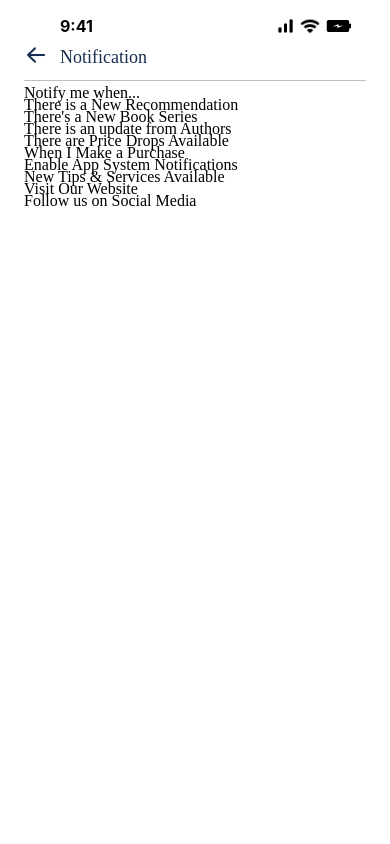
Repository: tnmod/Erabook
Screen: / (app in app/)
The author's editor kept a copy of each file at every save. The screen is drawn from the files as they stood at one save, then again after the next save.
The app was drawn by React Native's web renderer in a window 390 px wide. The project was rebuilt for these pictures with package versions that can differ from the ones it lists, and the page was loaded fresh each time. Imported but missing from the stored project, and not drawn on this page: app/src/redux/features/CounterAPI.

Above is the screen before, as saved 2023-05-25 15:12:10.

### app/App.tsx


import React, { useState, Dispatch } from 'react';
import type { PropsWithChildren } from 'react';
import {
  Image,
  SafeAreaView,
  ScrollView,
  StatusBar,
  StyleSheet,
  Text,
  useColorScheme,
  View,
} from 'react-native';

import {
  Colors,
  DebugInstructions,
  Header,
  LearnMoreLinks,
  ReloadInstructions,
} from 'react-native/Libraries/NewAppScreen';
import MainNagivator from './src/Navigator/MainNavigator';
import { NavigationContainer } from '@react-navigation/native';
import { store } from './src/redux/app/store';
import { Provider } from 'react-redux';
import EbookItem from './src/components/Item/EbookItem';
import DetailScreen from './src/screens/detailScreen/DetailScreen';
import Notification from './src/screens/Notification/Notification';





type SectionProps = PropsWithChildren<{
  title: string;
}>;
type Model = {
  name: String;
  age: Number;
}


const StatusBarIOS = () => {
  return (
    <View style={{ width: "100%", height: 42, paddingTop: 10, justifyContent: 'space-between', flexDirection: 'row', backgroundColor: 'white' }}>
      <View style={{ height: "100%", flex: 1, marginHorizontal: 20, justifyContent: 'center', alignItems: 'center', flexDirection: 'row' }}>
        <Text style={{ fontWeight: 'bold', fontSize: 16, color: 'black' }}>9:41</Text>
      </View>
      <View style={{ flex: 3 / 4 }}></View>
      <View style={{ height: "100%", flex: 1, marginHorizontal: 20, justifyContent: 'center', alignItems: 'center', flexDirection: 'row' }}>
        <Image style={{ width: 19, height: 16, margin: 2, resizeMode: 'stretch' }} source={require('./src/assets/statusbar-signal.png')} />
        <Image style={{ width: 22, height: 22, margin: 2 }} source={require('./src/assets/statusbar-wifi.png')} />
        <Image style={{ width: 27, height: 24, margin: 2, resizeMode: 'stretch' }} source={require('./src/assets/statusbar-battery.png')} />
      </View>
    </View>
  )
}


const App: React.FC<Model> = () => {

  return (
    <Provider store={store} >
      <NavigationContainer>
        <SafeAreaView style={{ flex: 1 }}>
          <StatusBarIOS />
          <StatusBar hidden={true} />
          {/* <MainNagivator /> */}
          {/* <EbookItem /> */}
          <Notification/>
        </SafeAreaView>
      </NavigationContainer>
    </Provider>
  );
}

const styles = StyleSheet.create({
  sectionContainer: {
    marginTop: 32,
    paddingHorizontal: 24,
  },
  sectionTitle: {
    fontSize: 24,
    fontWeight: '600',
  },
  sectionDescription: {
    marginTop: 8,
    fontSize: 18,
    fontWeight: '400',
  },
  highlight: {
    fontWeight: '700',
  },
});

export default App;

### app/src/redux/app/store.js
import { configureStore } from "@reduxjs/toolkit";
import CounterReducer from "../features/CounterSilce";


export const store = configureStore({
    reducer:{
        counter: CounterReducer,
    }
})

### app/src/screens/Notification/Notification.tsx
import { StyleSheet, Text, View, Image, ScrollView, TouchableOpacity } from 'react-native'
import React from 'react'
import { SafeAreaView } from 'react-native-safe-area-context'
import { Popins } from '../../components/popins'
import Icon from 'react-native-vector-icons/AntDesign'

const Book: React.FC = () => {

  return (
    <ScrollView style={{ backgroundColor: 'white', flex: 1 }}>
      <View style={[styles.container]}>
        <TouchableOpacity style={{ flexDirection: 'row', alignItems: 'center', }}>
          <Icon size={24} name='arrowleft' color={'#192e51'} />
          <Text style={[styles.text500, { marginLeft: 12, fontSize: 18 }]}>Notification</Text>
        </TouchableOpacity>
        <View style={{ width: "100%", height: 0.5, backgroundColor: 'grey', opacity: 0.5, marginVertical: 12 }}></View>
        <View style={[{ marginTop: 12 }]}>
            <View style={[styles.container1]}>
                <Text style={[styles.text3]}>Notify me when...</Text>
            </View>
          <TouchableOpacity style={[styles.container1]}>
            <Text style={[styles.text3]}>There is a New Recommendation</Text>
          </TouchableOpacity>
          <TouchableOpacity style={[styles.container1]}>
            <Text style={[styles.text3]}>There's a New Book Series</Text>
          </TouchableOpacity>
          <TouchableOpacity style={[styles.container1]}>
            <Text style={[styles.text3]}>There is an update from Authors</Text>
          </TouchableOpacity>
          <TouchableOpacity style={[styles.container1]}>
            <Text style={[styles.text3]}>There are Price Drops Available</Text>
          </TouchableOpacity>
          <TouchableOpacity style={[styles.container1]}>
            <Text style={[styles.text3]}>When I Make a Purchase</Text>
          </TouchableOpacity>
          <TouchableOpacity style={[styles.container1]}>
            <Text style={[styles.text3]}>Enable App System Notifications</Text>
          </TouchableOpacity>
          <TouchableOpacity style={[styles.container1]}>
            <Text style={[styles.text3]}>New Tips & Services Available</Text>
          </TouchableOpacity>
          <TouchableOpacity style={[styles.container1]}>
            <Text style={[styles.text3]}>Visit Our Website</Text>
          </TouchableOpacity>
          <TouchableOpacity style={[styles.container1]}>
            <Text style={[styles.text3]}>Follow us on Social Media</Text>
          </TouchableOpacity>
        </View>
      </View>
    </ScrollView>
  )
}



export default Book

const styles = StyleSheet.create({

  container: {
    flex: 1,
    paddingHorizontal: 24,
    backgroundColor: 'white',
  },
  container1: {
    flex: 0,
    flexDirection: 'row',
    alignItems: 'center',
    marginBottom: 12,
  },

  text1: {
    fontSize: 20,
    fontWeight: '700',
    color: 'black',
    justifyContent: 'space-between',
  },
  text3: {
    flex: 1,
    fontSize: 16,
    fontFamily: Popins[400],
    color: 'black',
    justifyContent: 'space-between',
    height: 42,
    textAlignVertical: 'center'
  },
  img: {
    width: 24,
    height: 24
  },


  color: {
    color: '#192e51',
  },
  textCenter: {
    textAlign: 'center',
    textAlignVertical: 'center'
  },
  text400: {
    color: '#192e51',
    fontFamily: Popins[400],
    top: 1.8,
  },
  text500: {
    color: '#192e51',
    fontFamily: Popins[500],
    top: 2,
  },
  text700: {
    color: '#192e51',
    fontFamily: Popins[700],
    top: 2.1,
  },
  center: {
    alignItems: 'center'
  },

})

### app/src/redux/features/CounterSilce.js
import { createAsyncThunk, createSlice } from '@reduxjs/toolkit';
import { fetchCount } from './CounterAPI';

const initialState = {
    value: 0,
    status: 'idle',
};

export const incrementAsync = createAsyncThunk(
    'counter/fetchCount',
    async amount => {
        const response = await fetchCount(amount);
        return response.data;
    },
);

export const counterSlice = createSlice({
    name: 'counter',
    initialState,
    reducers: {
        increment: state => {
            state.value += 1;
        },
        decrement: state => {
            state.value -= 1;
        },
        incrementByAmount: (state, action) => {
            state.value += action.payload;
        },
    },
    extraReducers: builder => {
        builder
            .addCase(incrementAsync.pending, state => {
                state.status = 'loading';
            })
            .addCase(incrementAsync.fulfilled, (state, action) => {
                state.status = 'idle';
                state.value += action.payload;
            });
    },
});

export const { increment, decrement, incrementByAmount } = counterSlice.actions;

export const selectCount = state => state.counter.value;

export const incrementIfOdd = amount => (dispatch, getState) => {
    const currentValue = selectCount(getState());
    if (currentValue % 2 === 1) {
        dispatch(incrementByAmount(amount));
    }
};

export default counterSlice.reducer;

### app/src/components/popins.js

const Popins = {
    '400': 'Poppins-Regular',
    '500': 'Poppins-Medium',
    '600': 'Poppins-SemiBold',
    '700': 'Poppins-Bold',
    '800': 'Poppins-ExtraBold',
    '900': 'Poppins-Black',
}

export { Popins }

After the next save:
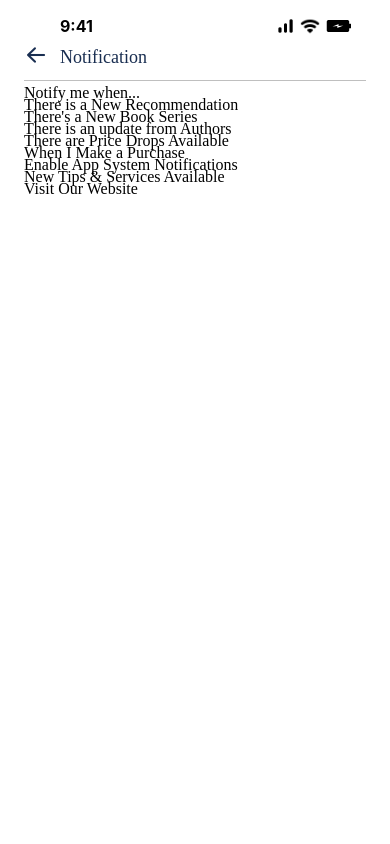
Saved 11 s later.
--- a/app/src/screens/Notification/Notification.tsx
+++ b/app/src/screens/Notification/Notification.tsx
@@ -41,9 +41,6 @@ const Book: React.FC = () => {
           </TouchableOpacity>
           <TouchableOpacity style={[styles.container1]}>
             <Text style={[styles.text3]}>Visit Our Website</Text>
-          </TouchableOpacity>
-          <TouchableOpacity style={[styles.container1]}>
-            <Text style={[styles.text3]}>Follow us on Social Media</Text>
           </TouchableOpacity>
         </View>
       </View>
